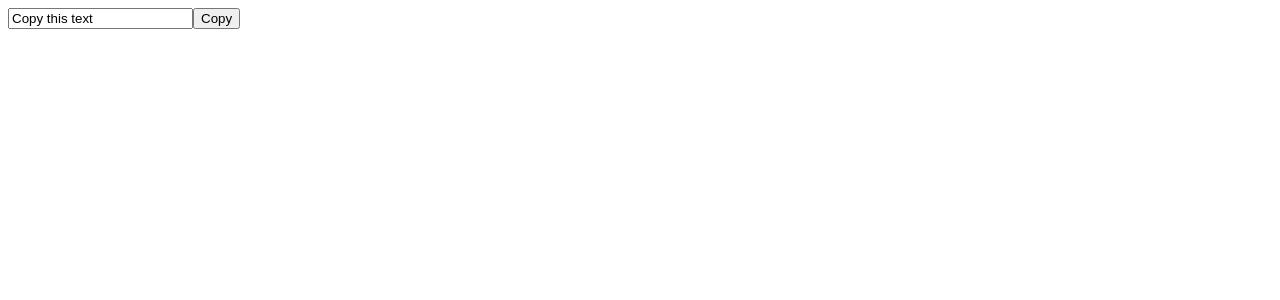
Repository: Vardhan1999/Daily-React-Apps
Page: /
These files come from the project's save history. The page is drawn as it stood at one moment and after the next save; the edit follows.
The browser window is 1280 px wide. The pictures show the whole page.
The project was rebuilt for these pictures with package versions that can differ from the ones it lists, and the page was loaded fresh each time. Also part of the build but not shown: vite.config.js, src/index.css.

Above is the page before, as saved 2025-11-27 00:02:58.

### src/App.jsx
import { useState } from "react";

export default function App() {
    const [text, setText] = useState("Copy this text");
    const [copied, setCopied] = useState(false);

    async function copy() {
        try {
            await navigator.clipboard.writeText(text);
            setCopied(true);
            setTimeout(() => setCopied(false), 1500);
        }
        catch {
            setCopied(false);
            alert("Clipboard API unavailable");
        }
    }

    return (
        <div>
            <input value={text} onChange={(e) => setText(e.target.value)} />
            <button onClick={copy}>Copy</button>
        </div>
    )
}

Loaded but not shown: index.html (common file); src/main.jsx (common file)

After the next save:
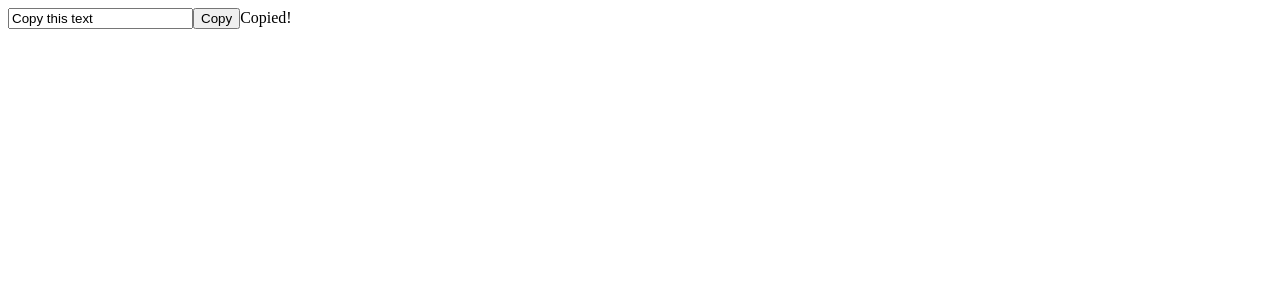
Saved 23 s later.
--- a/src/App.jsx
+++ b/src/App.jsx
@@ -20,6 +20,7 @@
         <div>
             <input value={text} onChange={(e) => setText(e.target.value)} />
             <button onClick={copy}>Copy</button>
+            {copy && <span>Copied!</span>}
         </div>
     )
 }

After the save that followed:
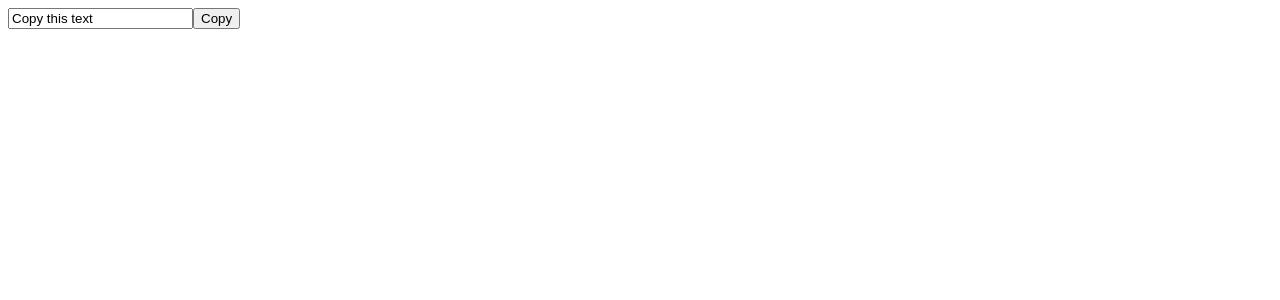
Saved 16 s later.
--- a/src/App.jsx
+++ b/src/App.jsx
@@ -20,7 +20,7 @@
         <div>
             <input value={text} onChange={(e) => setText(e.target.value)} />
             <button onClick={copy}>Copy</button>
-            {copy && <span>Copied!</span>}
+            {copied && <span>Copied!</span>}
         </div>
     )
 }
